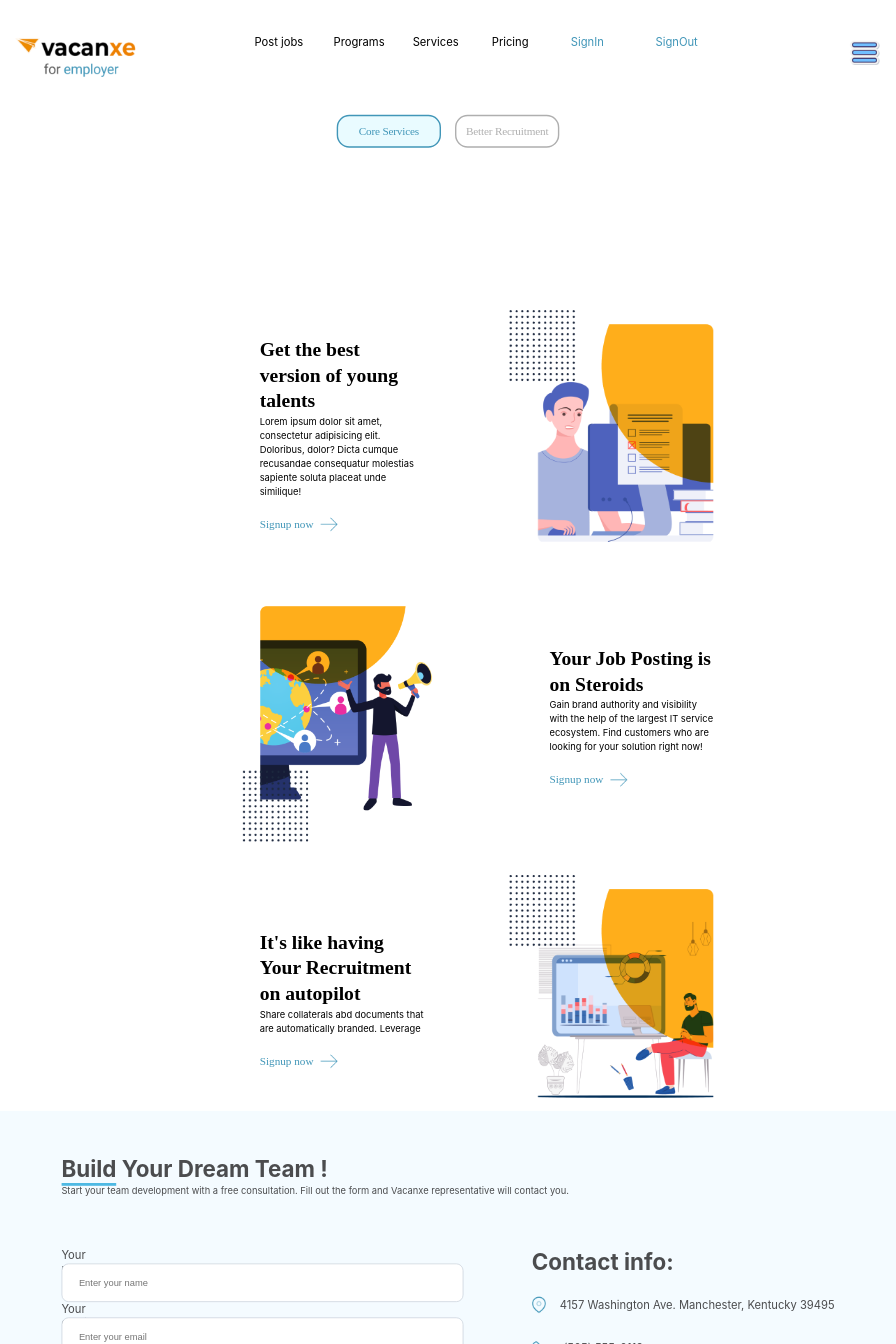
Repository: uh-sman/Vacanxe
Page: /
An editor plug-in stored every save of this project. The page is shown before and after the next save, followed by the edit.
The browser window is 1280 px wide. The pictures show the part of the page from y = 0 to 1920 px (the page is 3160 px tall before and 3212 px after), at 70% of full size.
The project was rebuilt for these pictures with package versions that can differ from the ones it lists, and the page was loaded fresh each time.

Above is the page before, as saved 2022-12-03 19:38:49.

### src/App.js
import logo from "./logo.svg";
import "./App.css";
import Head from "./components/Head";

function App() {
  return (
    <div className="App">
      <Head />
    </div>
  );
}

export default App;

### src/App.css
* {
  margin: 0;
  padding: 0;
  box-sizing: border-box;
  list-style: none;
  text-decoration: none;
}
/* @keyframes App-logo-spin {
  from {
    transform: rotate(0deg);
  }
  to {
    transform: rotate(360deg);
  }
} */

### src/components/Head.js
import React from "react";
import { Body } from "./Body";
import { Footer } from "./Footer";
import { Navbar } from "./Navbar";
import { Team } from "./Team";

const Head = () => {
  return (
    <div>
      <Navbar />
      <Body />
      <Team />
      <Footer />
    </div>
  );
};

export default Head;

### src/components/Body.jsx
import React from "react";
import "./version.css";
import { Services } from "./Services";
import { Versions } from "./Versions";
export const Body = () => {
  return (
    <div>
      <Services />
      <div className="flex">
        <Versions />
      </div>
    </div>
  );
};

### src/components/Footer.jsx
import React from "react";
import logo from "../assets/logo 1.png";
import "./footer.css";
export const Footer = () => {
  return (
    <div>
      <div className="footer-section">
        <div className="image-logo">
          <img src={logo} />
        </div>
        <div className="footer-texts">
          <div className="div">
            <p className="text">
              Your ultimate email solution to grow business and engaging with
              future customers and clients.
            </p>
            <button className="button">Ask Question</button>
          </div>
          <div className="div">
            <ul>
              <h4>Community</h4>
              <li>For Talents</li>
              <li>For Companies</li>
              <li>Facebook Group</li>
              <li>FAQ</li>
            </ul>
          </div>
          <div className="div">
            <ul>
              <h4>About us</h4>
              <li>Meet the Team</li>
              <li>Our Story</li>
              <li>Career</li>
            </ul>
          </div>
          <div className="div">
            <ul>
              <h4>Contacts</h4>
              <p>
                Feel free to get in touch with us via phone or send us a message
              </p>
            </ul>
          </div>
        </div>
        <div className="div">
          <ul>
            <li className="copyright">
              &copy;Vacanxe 2022, All Rights Reserved
            </li>
            <li></li>
          </ul>
        </div>
      </div>
    </div>
  );
};

### src/components/Navbar.jsx
import React from "react";
import logo from "../assets/logo 1.png";
import { data } from "./data";
import { signin } from "./data";
import "./navbar.css";
import { SideNav } from "./SideNav";
export const Navbar = () => {
  return (
    <div>
      <nav>
        <div className="navbar-container">
          <div>
            <img src={logo} />
          </div>
          <div className="navbar-nav">
            <div className="nav-list">
              {data.map(({ id, title }) => {
                return (
                  <ul key={id}>
                    <li>{title}</li>
                  </ul>
                );
              })}
            </div>
            <div className="link">
              {signin.map(({ id, title }) => {
                return (
                  <a href="" key={id}>
                    {title}
                  </a>
                );
              })}
            </div>
          </div>
          <SideNav />
        </div>
        <div></div>
      </nav>
    </div>
  );
};

### src/components/Team.jsx
import React from "react";
import { ContactInfo } from "./ContactInfo";
import { Form } from "./Form";
import "./team.css";
export const Team = () => {
  return (
    <div>
      <div className="team-container">
        <div className="team">
          <div className="build">
            <div className="team-header">
              <h1>
                <span className="custom"> Build</span> Your Dream Team !
              </h1>
              <small className="small">
                Start your team development with a free consultation. Fill out
                the form and Vacanxe representative will contact you.
              </small>
            </div>
            <div className="flexed">
              {" "}
              <div>
                <Form />
              </div>
              <div>
                <ContactInfo />
              </div>
            </div>
          </div>
        </div>
      </div>
    </div>
  );
};
// ;

### src/components/version.css
.version-link {
  font-family: Poppins;
  font-size: 16px;
  font-weight: 500;
  line-height: 28px;
  letter-spacing: 0em;
  color: #4196b8;
  text-align: center;
}
.versions-container {
  margin-top: 80px;
}
.versions-section1 {
  /* display: grid; */
  /* place-items: center; */
  display: flex;
  gap: 162.58px;
  justify-content: center;
  align-items: center;
  margin-bottom: 80px;
  /* padding: 86px 50px; */

  /* grid-template-columns: 1fr 1fr; */
}
.versions-section2 {
  /* display: grid; */
  /* place-items: center; */
  display: flex;
  gap: 162.58px;
  justify-content: center;
  align-items: center;
  margin: auto;
  /* padding: 86px 50px; */

  /* grid-template-columns: 1fr 1fr; */
}
.versions-section1 {
  /* display: grid; */
  /* place-items: center; */
  display: flex;
  gap: 162.58px;
  justify-content: center;
  align-items: center;
  margin: auto;
  padding-top: 86px;
  padding-left: 110px;

  /* grid-template-columns: 1fr 1fr; */
}
.text-section {
  width: 20%;
}
.h2 {
  font-family: Poppins;
  font-size: 28px;
  font-weight: 700;
  line-height: 37px;
  letter-spacing: 0em;
  /* text-align: left; */
  /* width: 379px;
  height: 74px; */

  /* font-family: "Poppins";
  font-style: normal;
  font-weight: 700;
  font-size: 28px;
  line-height: 37px; */
}
.man {
  height: 313.4984436035156px;
  width: 251.41943359375px;
  /* left: 872.580078125px;
top: 830.1708984375px;
border-radius: [object Object]px; */
}
.flex {
  display: flex;
  gap: 36px;
}
/* .versions-container {
  display: flex;
  flex-direction: column;
  justify-content: center;
  align-items: center;
  margin: auto;
} */
.dotted {
  position: absolute;
  margin-top: -20px;
  margin-left: -40px;
}
.dotted-2 {
  position: absolute;
  margin-top: 235px;
  margin-left: -24px;
}
.arrow {
  margin-top: 24px;
  display: flex;
  align-items: center;
  gap: 10px;
}
@media only screen and (max-width: 950px) {
  .versions-section1 {
    flex-direction: column;
    padding-left: 0px;
  }
  .text-section {
    width: 60%;
  }
}

### src/components/Services.jsx
import React from "react";
import "./services.css";
export const Services = () => {
  return (
    <div>
      <div>
        <ul className="services-button-section">
          <a className="btn-core">Core Services</a>
          <a className="btn-better">Better Recruitment</a>
        </ul>
      </div>
    </div>
  );
};

### src/components/Versions.jsx
import React from "react";
import "./version.css";
import man from "../assets/computer.png";
import img from "../assets/Group 1.png";
import img2 from "../assets/Group_4.png";
import arrow from "../assets/Group.png";
import dotted from "../assets/Dot Pattern 1.png";
export const Versions = () => {
  return (
    <div>
      <div className="versions-container">
        <div className="versions-section1">
          <div className="text-section">
            <h2 className="h2">Get the best version of young talents</h2>
            <small>
              Lorem ipsum dolor sit amet, consectetur adipisicing elit.
              Doloribus, dolor? Dicta cumque recusandae consequatur molestias
              sapiente soluta placeat unde similique!
            </small>
            <div className="arrow">
              <a className="version-link">Signup now </a>
              <img src={arrow} />
            </div>
          </div>
          <div>
            <img src={dotted} className="dotted" />
            <img src={man} className="man" />
          </div>
        </div>
        <div className="versions-section1">
          <div>
            <img src={dotted} className="dotted-2" />
            <img src={img} className="man" />
          </div>
          <div className="text-section">
            <h2 className="h2">Your Job Posting is on Steroids</h2>
            <small>
              Gain brand authority and visibility with the help of the largest
              IT service ecosystem. Find customers who are looking for your
              solution right now!
            </small>
            <div className="arrow">
              <a className="version-link">Signup now </a>
              <img src={arrow} />
            </div>
          </div>
        </div>
        <div className="versions-section1">
          <div className="text-section">
            <h2 className="h2">
              It's like having Your Recruitment on autopilot
            </h2>
            <small>
              Share collaterals abd documents that are automatically branded.
              Leverage
            </small>
            <div className="arrow">
              <a className="version-link">Signup now </a>
              <img src={arrow} />
            </div>
          </div>
          <div>
            <img src={dotted} className="dotted" />
            <img src={img2} className="man" />
          </div>
        </div>
      </div>
    </div>
  );
};

### src/components/footer.css
.footer-section {
  background: #1d293f;
  /* height: 533px; */
  /* width: 1600px; */
  /* left: 127px; */
  /* top: 0px;
  border-radius: 0px; */
}

.image-logo {
  position: absolute;
  /* top: 0; */
  margin-top: -120px;
  /* left: -2px; */
  /* display: flex;
  align-items: center;
  justify-content: center; */
  background-color: white;
  padding-top: 140px;
  padding-left: 30px;
  /* width: 25%; */
  /* height: 40%; */
  /* padding: 10px; */
  height: 255px;
  width: 255px;
  left: -30px;
  /* top: -105px; */
  border-radius: 0px;

  border-radius: 50%;
}
.button {
  border: none;
  margin-top: 28px;
  color: white;
  background: #00b6ff;
  padding: 10px 30px;
  border-radius: 10px;
}
.ultimate-email {
  color: white;
  position: absolute;
  margin-top: 180px;
  padding-left: 245px;
  /* height: 84px;
  left: 21.54%;
  right: 63.06%;
  top: calc(50% - 84px / 2 - 108.5px); */
}
.footer-texts {
  color: #ffff;
  display: grid;
  padding-top: 80px;
  padding-left: 50px;
  /* margin-left: 120px; */
  margin: 0px 80px;
  place-items: center;
  /* margin-right: 40px; */
  margin-top: 180px;
  grid-template-columns: 1fr 1fr 1fr 1fr;
  padding-bottom: 124px;
  border-bottom: 1px solid #8c97ac;
}
.footer-texts h4 {
  color: #8c97ac;
  margin-bottom: 16px;
}
/* .ultimate-email p {
  width: 40%;
} */
.text {
  margin-top: 100px;
  color: #8c97ac;
}
.copyright {
  color: #8c97ac;
  padding: 10px 90px;
}
@media only screen and (min-width: 650px) and (max-width: 1200px) {
  .footer-texts {
    padding-top: 150px;
    grid-template-columns: 1fr 1fr;
    text-align: center;
  }
  .text {
    margin-top: 0px;
  }
  .div {
    margin-bottom: 40px;
  }
}
@media only screen and (max-width: 650px) {
  .footer-texts {
    padding-left: 0px;
    padding-top: 180px;
    grid-template-columns: 1fr;
    text-align: center;
  }
  .text {
    margin-top: 0px;
  }
  .div {
    margin-bottom: 40px;
  }
}

### src/components/data.js
export const data = [
  {
    id: 1,
    title: "Post jobs",
  },
  {
    id: 2,
    title: "Programs",
  },
  {
    id: 3,
    title: "Services",
  },
  {
    id: 4,
    title: "Pricing",
  },
];

export const signin = [
  {
    id: 1,
    title: "SignIn",
  },
  {
    id: 2,
    title: "SignOut",
  },
];

### src/components/navbar.css
.navbar-container {
  display: flex;
  justify-content: space-between;
  margin: 50px 20px;
}
.nav-list {
  display: flex;
  gap: 30px;
}
.navbar-nav {
  display: flex;
  gap: 30px;
}
.nav-list ul li {
  height: 43px;
  width: 83px;
  left: 770px;
  top: 36px;
  /* border-radius: nullpx; */
}
.link {
  /* margin-right: 80px; */
  display: flex;
  gap: 10px;
}
.link a {
  color: #4196b8;
  height: 31px;
  width: 111px;
  left: 1221px;
  top: 47px;
  /* border-radius: nullpx; */
}
.burger-img {
  width: 50px;
}
@media only screen and (max-width: 1200px) {
  .navbar-nav {
    display: none;
  }
  .sidebar-container {
    /* display: inline-block; */
    /* margin: 0 0.5rem; */
    /* animation: slideInRight 2s; */
    /* animation-duration: 2s; */
    border-top-left-radius: 10px;
    border-bottom-left-radius: 10px;
    height: 100%;
    width: 60%;
    top: 0px;
    right: 0px;
    background-color: #222222;
    position: fixed;
  }
}

### src/components/SideNav.jsx
import React, { useState } from "react";
import "./navbar.css";
import burger from "../assets/burger-menu.png";
import { data } from "./data";
export const SideNav = () => {
  const [open, setOpen] = useState(false);
  return (
    <div>
      {open ? (
        data.map(({ title, id }) => {
          return (
            <div key={id} className="sidebar-container">
              <ul>
                {/* <h1></h1> */}
                <li>{title}</li>
              </ul>
            </div>
          );
        })
      ) : (
        <img
          src={burger}
          className="burger-img"
          onClick={(e) => setOpen(!open)}
        />
      )}
    </div>
  );
};

### src/components/ContactInfo.jsx
import React from "react";
import "./contact.css";
import location from "../assets/Location.png";
import message from "../assets/Message.png";
import twitter from "../assets/twitter.png";
import facebook from "../assets/facebook.png";
import instagram from "../assets/instagram.png";
import linkedin from "../assets/linkedin.png";
import stroke from "../assets/Stroke 5.png";
export const ContactInfo = () => {
  return (
    <div>
      <div className="contact-container">
        <h1 className="header-text">Contact info:</h1>
        <div className="contact-section">
          <div>
            <p className="contact">
              <img src={location} /> 4157 Washington Ave. Manchester, Kentucky
              39495
            </p>
          </div>
          <div>
            <ul className="contact-list">
              <div>
                <img src={stroke} />
              </div>
              <div>
                <li>(505) 555-0119</li>
                <li>(505) 555-0120</li>
                <li>(505) 555-0125</li>
              </div>
            </ul>
          </div>
          <div>
            <p className="contact">
              <img src={message} /> Consult@Vacanxe.com
            </p>
          </div>
          <div>
            <h2>Follow us:</h2>
            <div className="socials">
              <img src={facebook} />
              <img src={twitter} />
              <img src={linkedin} />
              <img src={instagram} />
            </div>
          </div>
        </div>
      </div>
    </div>
  );
};

### src/components/Form.jsx
import React from "react";
import { ContactInfo } from "./ContactInfo";
import "./form.css";
export const Form = () => {
  return (
    <div>
      <div className="team-section">
        <div>
          <form className="form-container">
            <div className="form">
              <label>Your name</label>
              <input className="input-field" placeholder="Enter your name" />
            </div>
            <div className="form">
              <label>Your email</label>
              <input className="input-field" placeholder="Enter your email" />
            </div>
            <div className="form">
              <label>Your Phone Number</label>
              <input
                className="input-field"
                placeholder="Enter your phone number"
              />
            </div>
            <div className="form">
              <label>Your Company Name</label>
              <input
                className="input-field"
                placeholder="Enter your Company Name"
              />
            </div>
            <div className="form">
              <label>Message</label>
              <input className="message" placeholder="Type here..." />
            </div>
            <button className="form-button">Consult with us</button>
          </form>
        </div>
      </div>
    </div>
  );
};

### src/components/team.css
.team-container {
  background: #f4fbff;
  /* height: 1101px; */
  /* width: 1539px; */
  /* left: -14px;
top: 2142px; */
  border-radius: 0px;
}
.custom {
  border-bottom: 4px solid #4eb9e3;
}
.build {
  color: #4b4c4e;
}
.flexed {
  margin: 73px 0px;
  display: flex;
  gap: 98px;
}
.team {
  display: flex;
  justify-content: center;
  padding: 64px 0px;
}
/* .small {
  padding-bottom: 73px;
} */
@media only screen and (max-width: 950px) {
  .flexed {
    flex-direction: column;
  }
  .team-header {
    text-align: center;
  }
}

### src/components/services.css
.services-button-section {
  display: flex;
  gap: 20px;
  justify-content: center;

  margin-bottom: 86px;
}
.btn-core {
  font-family: Poppins;
  font-size: 16px;
  font-weight: 500;
  line-height: 24px;
  letter-spacing: -0.015em;
  text-align: center;
  border: 2px solid #4196b8;
  height: 47px;
  width: 149px;
  display: flex;
  align-items: center;
  justify-content: center;
  border-radius: 18px;
  background-color: #e9fbff;
  color: #4196b8;
}
.btn-better {
  font-family: Poppins;
  font-size: 16px;
  font-weight: 500;
  line-height: 24px;
  letter-spacing: -0.015em;
  text-align: center;
  border: 2px solid #afafaf;
  height: 47px;
  width: 149px;
  display: flex;
  align-items: center;
  justify-content: center;
  border-radius: 18px;
  background-color: #ededed 10%;
  color: #afafaf;
}
@media only screen and (max-width: 450px) {
  .services-button-section {
    gap: 20px;
    flex-direction: column;
    align-items: center;
    margin-bottom: 0px;
  }
}

### src/components/contact.css
.header-text {
  /* height: 28px;
  width: 132px;
  left: 931px;
  top: 2435px;
  border-radius: nullpx; */
}
.contact {
  display: flex;
  align-items: center;
  gap: 20px;
}
.contact-section {
  display: flex;
  flex-direction: column;
  gap: 40px;
  margin: 30px 0px;
}
.contact-list {
  display: flex;
  gap: 20px;
}
.socials {
  margin-top: 16px;
  display: flex;
  gap: 10px;
}
@media only screen and (max-width: 750px) {
  .contact-container {
    padding: 0px 30px;
  }
}

### src/components/form.css
.form {
  display: flex;
  flex-direction: column;
}
.form label {
  height: 22px;
  width: 78px;
  left: 263px;
  top: 2409px;
  border-radius: nullpx;
}
.input-field {
  padding: 0px 24px;
  height: 55px;
  width: 574px;
  left: 259px;
  top: 2536px;
  border-radius: 10px;
  border: 1px solid #c8d0da;
  outline: transparent;
}
.message {
  padding: 0px 24px;
  height: 203px;
  width: 574px;
  left: 259px;
  /* top: 2839px; */
  border: 1px solid #c8d0da;
  border-radius: 10px;
  outline: transparent;
}
.form-button {
  font-family: Rubik;
  font-size: 14px;
  font-weight: 700;
  line-height: 16px;
  /* letter-spacing: 0em; */
  /* text-align: left; */

  margin-top: 19px;
  border: none;
  color: white;
  background-color: #4eb9e3;
  height: 40px;
  width: 215px;
  left: 257px;
  top: 3061px;
  border-radius: 8px;
  padding: 12px 24px 12px 24px;
}
.form-container {
  display: flex;
  flex-direction: column;
  align-items: center;
  justify-content: center;
}
/* .team-section {
  display: flex;
  justify-content: center;
  align-items: center;
} */

@media only screen and (min-width: 200px) and (max-width: 600px) {
  .input-field {
    width: 250px;
  }
  .message {
    width: 250px;
  }
}

Loaded but not shown: public/index.html (common file); src/index.js (common file); src/index.css (common file); src/reportWebVitals.js (common file)

After the next save:
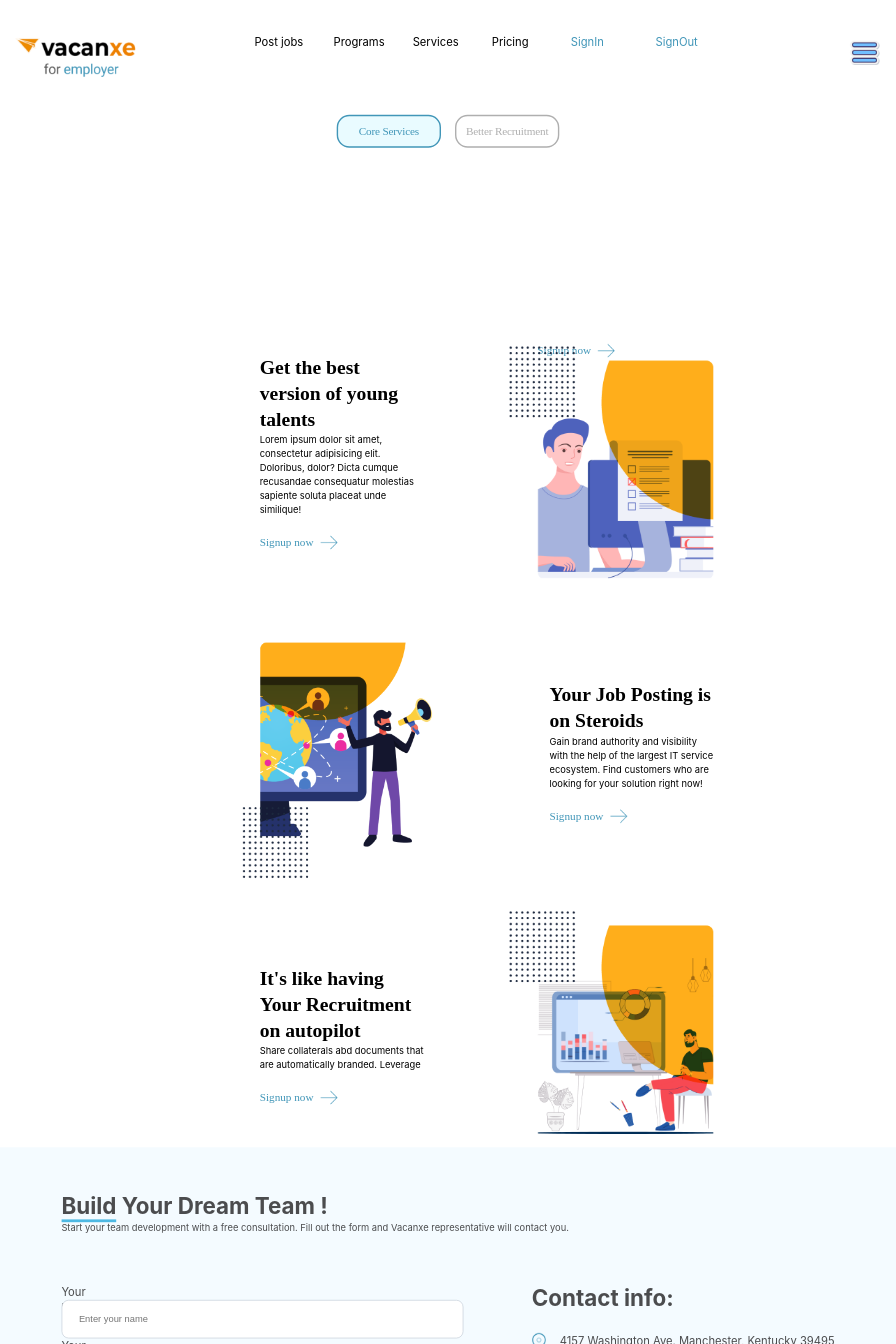
Saved 2 min 50 s later.
--- a/src/components/Versions.jsx
+++ b/src/components/Versions.jsx
@@ -23,6 +23,10 @@ export const Versions = () => {
             </div>
           </div>
           <div>
+            <div className="arrow">
+              <a className="version-link">Signup now </a>
+              <img src={arrow} />
+            </div>
             <img src={dotted} className="dotted" />
             <img src={man} className="man" />
           </div>
